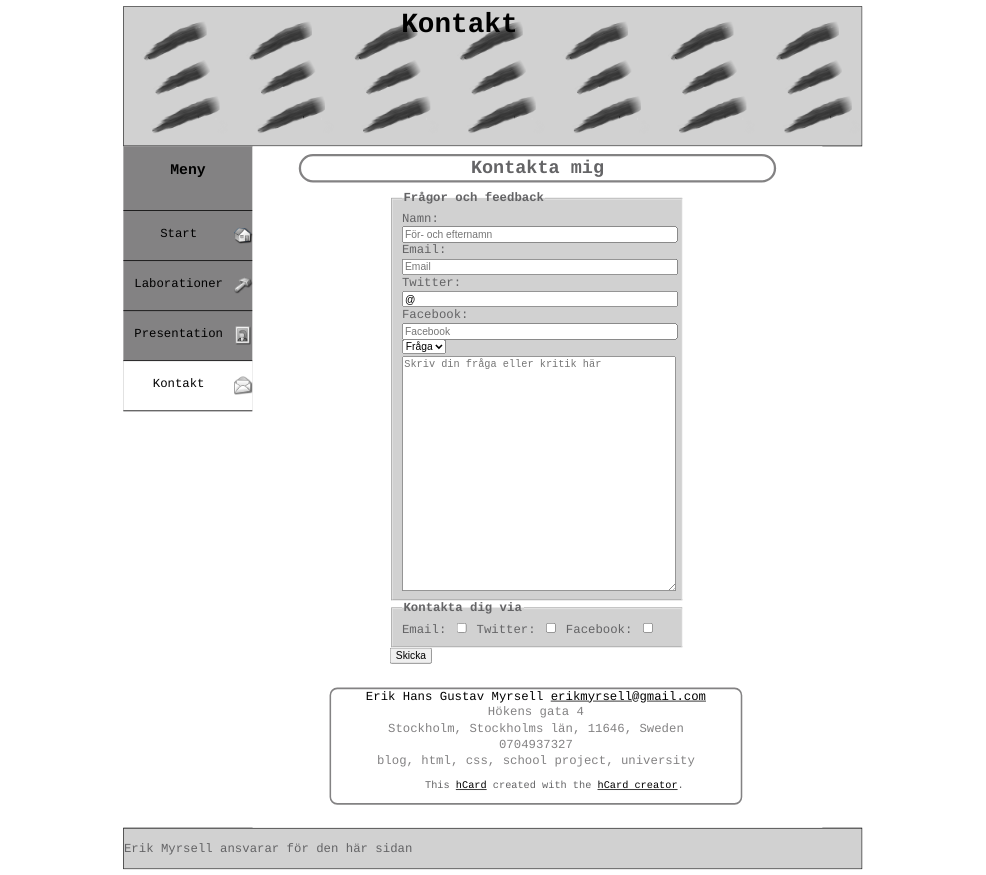
Repository: em222mt/1IK415_em222mt
Page: pages/kontakt.html
The author's editor kept a record of every edit. The page is drawn from the files as they stood at one moment, then again after the next edit.
The browser window is 1280 px wide. The pictures show the whole page, at 77% of full size.

Above is the page before.

### pages/kontakt.html
<!doctype html>
<html lang="sv">

<head>
    <meta charset="utf-8">
    <meta name="viewport" content="width=device-width, initial scale=1.0">

    <title>Kontakt</title>

    <link rel="stylesheet" media="only screen and (min-width: 482px)" href="../css/basic.css">
    <link rel="stylesheet" media="print" href="../css/print.css">
    <link rel="stylesheet" media="only screen and (max-width: 481px)" href="../css/sscreen.css">

    <link rel="shortcut icon" href="../pics/favicon.png" type="png">
    <link rel="apple-touch-icon" href="../pics/apple-touch-icon-small.png">
    <link rel="apple-touch-icon" sizes="114x114" href="../pics/apple-touch-icon-big.png">

        <script>
        document.createElement("header");
        document.createElement("hgroup");
        document.createElement("footer");
        document.createElement("article");
        document.createElement("main");
        document.createElement("section");
        document.createElement("nav");
        document.createElement("aside");
        document.createElement("address");
    </script>
</head>

    <body>
        <div id="container">

            <header>
                <h1 class="headertitle">Kontakt</h1>
            </header>

            <nav>

                <ul>
                    <li><h3>Meny</h3></li>
                    <li><a href="../index.html">Start</a><a id="home-icon" href="../index.html"></a></li>
                    <li><a href="laborationer.html">Laborationer</a><a id="work-icon" href="laborationer.html"></a></li>
                    <li><a href="presentation.html">Presentation</a><a id="bio-icon" href="presentation.html"></a></li>
                    <li class="active"><a href="kontakt.html">Kontakt</a><a id="contact-icon" href="kontakt.html"></a></li>
                </ul>

            </nav>

            <main>

            <header class="pageheader">
                <h2>Kontakta mig</h2>
            </header>

            <!-- Formulär börjar här -->

            <article id="formcontainer">

                <header>
                    <h4 id="formtitle">Formulär</h4>
                </header>

                <form id="form" action="http://voyager.lnu.se/tekinet/kurser/dtt/wp_webbintro/form.php" method="post">
                    <fieldset>
                        <legend class="formframe">Frågor och feedback</legend>

                            <label class="formunit" for="namn">Namn:</label>
                            <input class="formunit" placeholder="För- och efternamn" type="text" name="namn" id="namn" />

                            <label class="formunit" for="email">Email:</label>
                            <input class="formunit" placeholder="Email" type="email" name="email" id="email" />

                            <!--kan jag ha value OCH en placeholder här?-->

                            <label class="formunit" for="twitter">Twitter:</label>
                            <input class="formunit" value="@" type="text" name="twitter" id="twitter" />

                            <label class="formunit" for="facebook">Facebook:</label>
                            <input class="formunit" placeholder="Facebook" type="text" name="facebook" id="facebook" />


                            <select name="fråga eller feedback">
                                <option value="Fråga" selected> Fråga </option>
                                <option value="Ris"> Ris </option>
                                <option value="Ros"> Ros </option>
                            </select>


                            <textarea class="formunit" id="formtext" for="textarea" cols="20" rows="20" placeholder="Skriv din fråga eller kritik här"></textarea>

                   </fieldset>

                   <fieldset>
                       <legend class="formframe">Kontakta dig via</legend>

                            <label for="recepientemail">Email:</label>
                            <input type="checkbox" name="recepientemail" id="recepientemail" />
                            <label for="recepienttwitter">Twitter:</label>
                            <input type="checkbox" name="recepienttwitter" id="recepienttwitter" />
                            <label for="recepientfacebook">Facebook:</label>
                            <input type="checkbox" name="recepientfacebook" id="recepientfacebook" />

                    </fieldset>

                    <input id="formsubmit" type="submit" value="Skicka" />

                </form>

            </article>

            <div id="hcard-Erik-Hans-Gustav-Myrsell" class="vcard">

                <a class="url fn n" href="https://1ik415_em222mt-c9-em222mt.c9.io/index.html">

                    <span class="given-name">Erik</span>
                    <span class="additional-name">Hans Gustav</span>
                    <span class="family-name">Myrsell</span>
                </a>
                <a class="email" href="mailto:erikmyrsell@gmail.com">erikmyrsell@gmail.com</a>
                    <div class="adr">
                        <div class="street-address">Hökens gata 4</div>
                            <span class="locality">Stockholm</span>,
                            <span class="region">Stockholms län</span>,
                            <span class="postal-code">11646</span>,
                            <span class="country-name">Sweden</span>

                    </div>

                    <div class="tel">0704937327</div>
                    <div>
                        <span class="category">blog</span>,
                        <span class="category">html</span>,
                        <span class="category">css</span>,
                        <span class="category">school project</span>,
                        <span class="category">university</span>

                    </div>

                    <p style="font-size:smaller;">This <a href="http://microformats.org/wiki/hcard">hCard</a> created with the <a href="http://microformats.org/code/hcard/creator">hCard creator</a>.</p>
            </div>

            </main>

            <footer id="footer">
                <p>Erik Myrsell ansvarar för den här sidan</p>
            </footer>

        </div>

    </body>
</html>

### css/basic.css
/*
Background main: #FFFFFF
Background aside: #838283
Background header/footer: #D1D1D1
text-color: #646466
*/

/*Layout*/

article, aside, details, figcaption, figure,
footer, header, hgroup, main, menu, nav,
section{
    display: block;
}

a:link 	    { color: black; }
a:visited 	{ color: gray; }
a:focus 	{ color: #838283; }
a:hover	    { color: #6495ED; background-color: white;}
a:active 	{ color: #FFFFFF; }

/*Container*/

#container {
    max-width: 960px;
    overflow: auto;
    margin: 0 auto;
}

/*----------------------------------------*/

/*Header*/

header h1 {
    border-style: solid;
    border-width: 1px;
    width: 958px;
    background-color: #D1D1D1;
    background-image: url(../pics/Logo5.png);
    background-repeat: round;
    background-position: left;
    text-indent: 300px;
    height: 180px;
}

header h2 {
    margin: 0 auto;
    border: 3px solid #838283;
    border-top-right-radius: 30px;
    border-top-left-radius: 30px;
    border-bottom-right-radius: 30px;
    border-bottom-left-radius: 30px;
}

.pageheader {
    margin: 10px 10px 10px 10px;
    text-align: center;
}

/*----------------------------------------*/

/*Navigation*/

nav {
    float: left;
    color: #646466;
    background-color: #838283;
    width: 168px;
}

nav li{
    border-bottom: 1px solid black;
    height: 64px;
}

nav a{
    float: left;
}

nav ul {
    list-style-type: none;
    margin: 0;
    padding: 0;
}

#container > nav > ul > li:nth-child(1) > h3{
    color: black;
    font-weight: bold;
    font-size: 1.2em;
    text-align: center;
}

nav a:nth-child(2) {
    float: left;
    background-image: url(pics/sprite.png);
    display: block;
    width: 24px;
    height: 24px;
    position: relative;
    top: 20px;
}

#home-icon          { background-position: 0 -48px;}
#home-icon:hover    { background-position: 0 0;}

#work-icon          { background-position: 0 -144px; }
#work-icon:hover    { background-position: 0 -96px; }

#bio-icon           { background-position: 0 -240px;}
#bio-icon:hover     { background-position: 0 -192px;}

#contact-icon       { background-position: 0 -336px;}
#contact-icon:hover { background-position: 0 -288px;}


nav a:nth-child(1){
    display: block;
    width: 144px;
    height: 43px;
    padding-top: 20px;
    text-align: center;
    color: black;
    text-decoration: none;

}

nav li:hover:nth-child(n+2) { color: #6495ED; background-color: white;}

li.active {
    background-color: white;
}

/*----------------------------------------*/

/*Content*/

main {
    float: left;
    max-width: 788px;
    background-color: #FFFFFF;
    padding-right: 50px;
    padding-left: 50px;
}

main, p {
    color: #646466;
    font-family: courier , serif;
    line-height: 130%;
    width: 640px;
}

.entry a {
    text-decoration: none;
    color: #838283;
    margin-left: 30px;
    border: 1px solid #838283;
    border-top-right-radius: 10px;
    border-top-left-radius: 10px;
    border-bottom-right-radius: 10px;
    border-bottom-left-radius: 10px;
}

.entryfooter {
    font-style: italic;
    border: none;
    background-color: white;

}

.blog {
    border-bottom: 2px solid #838283;
}
.comments {
    background-color: #F9F7FF;

}

h4 {
    font-weight: bold;
}

.commentfooter {
    font-style: italic;
}

/*----------------------------------------*/

/*Footer*/

#footer {
    border-style: solid;
    border-width: 1px;
    clear: both;
    max-width: 958px;
    background-color: #D1D1D1;
}

/*----------------------------------------*/

/*Presentation*/

#biopic{
    float: right;
    width: 50%;
    height: 50%;
    margin-left: 10px;
    margin-bottom: 10px;
}

/*----------------------------------------*/

/*Storleksanpassat bild i inlägg 2*/
#gubbe {
    max-width: 450px;
}

/*fonts*/
h1, h2, h3, ul, ol, li, form, a {
    color: #646466;
    font-family: courier , serif;
    line-height: 130%;
}

/*----------------------------------------*/

/*Tabell på laboration.html*/

main table tr td {
    width: 40%;
    border: 2px solid #838283;
    text-align: center;
    border-top-right-radius: 5px;
    border-bottom-right-radius: 5px;

}

#table th {
    border: 2px solid #838283;
    font-size: 1.03em;
    border-top-right-radius: 5px;
    border-bottom-right-radius: 5px;
}

tfoot {
    font-size: 1.03em;
}

/*----------------------------------------*/

/*Anpassat headerns text*/

.headertitle {
    margin: 0 auto;
    text-indent: 360px;
    color: black;
    font-size: 2.25em;
}

/*----------------------------------------*/

/*Lagt till en bild vid blogginläggen*/

.entry {
    background-image: url(../pics/post.png);
    background-repeat: no-repeat;
    background-position: top left;
    text-indent: 35px;
}
.entrypic {
    float: right;
    width: 35%;
}

/*----------------------------------------*/

/*Formulär och hcard*/

#form fieldset {
    width: 350px;
    background-color: #D1D1D1;
}

.formframe {
    font-weight: bold;
}

.formunit {
    float: left;
    width: 100%;
}

#formtitle {
    display: none;
}

#formcontainer {
    margin-left: 20%;
}

.vcard {
    max-width: 80%;
    color: #838283;
    margin-left: 50px;
    margin-top: 30px;
    margin-bottom: 30px;
    border: 2px solid #838283;
    border-top-right-radius: 10px;
    border-top-left-radius: 10px;
    border-bottom-right-radius: 10px;
    border-bottom-left-radius: 10px;
    padding-left: 10px;
    padding-right: 10px;
    text-align: center;
    float: left;

}

#hcard-Erik-Hans-Gustav-Myrsell > img {

    max-width: 96%;
    margin: 10px 10px 10px 10px;
    padding-bottom: 10px;
    border-bottom: 2px solid #838283;
}

#hcard-Erik-Hans-Gustav-Myrsell > a.url.fn.n {
    text-decoration: none;
}

#hcard-Erik-Hans-Gustav-Myrsell > p {
    position: relative;
    right: 40px;

}
/*------------------------------------*/

### css/print.css
/*
Background main: #FFFFFF
Background aside: #838283
Background header/footer: #D1D1D1
text-color: #646466
*/

/*Layout*/

a:link 	    { color: black; }
a:visited 	{ color: gray; }
a:focus 	{ color: #838283; }
a:hover	    { color: #6495ED; }
a:active 	{ color: #FFFFFF; }

/*Tryck ihop text för utskrift och ändra färgr*/

@media print {
    a, h1, h2, h3, p, table {
        color: #000000;
        background-color: #ffffff;
        max-width: 500px;
    }
}

@media print {
    ul, ol, dl, li {
        color: #000000;
        background-color: #ffffff;
        max-width: 400px;
    }
}
/*--------------------------------------*/

/*Content*/
@media print {
    #content {
        color: #000000;
        background-color: #ffffff;
        /*display: none;*/
        border: none;
        max-width: 960px;
    }
}
/*--------------------------------------*/

/*Dölj bilder och annan media*/

@media print {
    #gubbe {
        display: none;
    }
}

@media print {
#blogg > div:nth-child(2) > img {
    display: none;
}
}

@media print {
.video {
    display: none;
}
}

@media print {
#bild {
    display: none;
}
}
/*--------------------------------------*/

@media print{
       a:after{content:" (" attr(href) ") ";

       }
}
/*Navigation*/

@media print {
#navigation {
    display: none;
    border: none;
    color: #ffffff;
    background-color: #ffffff;
    }
}
/*--------------------------------------*/

/*header*/

@media print {
    #header {
        color: #ffffff;
        background-color: #ffffff;
        display: none;
        border: none;
        border-style: none;
    }
}
/*--------------------------------------*/

/*header*/
@media print {
    #footer {
        color: #000000;
        background-color: #ffffff;
        display: none;
        border: none;
        border-style: none;
    }
}
/*--------------------------------------*/

### css/sscreen.css
/*Layout*/

article, aside, details, figcaption, figure,
footer, header, hgroup, main, menu, nav,
section{
    display: block;
}

a:link 	    { color: black; }
a:visited 	{ color: gray; }
a:focus 	{ color: #838283; }
a:hover	    { color: #6495ED; background-color: white;}
a:active 	{ color: #FFFFFF; }

/*----------------------------------------*/

/*Fonts*/
h1, ul, ol, form, a, p {
    color: #646466;
    font-family: courier , serif;
    line-height: 130%;
    font-size: 0.9em;
}

h2, h3, li {
    color: #646466;
    font-family: courier , serif;
    line-height: 130%;
}

h2 {
    text-align: center;
}


/*Container*/

#container {
    width: auto;
}

/*----------------------------------------*/

/*Header*/

header h1 {
    border-style: solid;
    border-width: 1px;
    max-width: 100%;
    background-color: #D1D1D1;
    background-image: url(../pics/Logo5.png);
    background-repeat: repeat;
    background-position: left;
    text-align: center;
}

header h2 {
    margin: 0 auto;
    border: 3px solid #838283;
    border-top-right-radius: 30px;
    border-top-left-radius: 30px;
    border-bottom-right-radius: 30px;
    border-bottom-left-radius: 30px;
}

#bloggheader {
    margin: 10px 10px 10px 10px;
    text-align: center;
}



/*Content*/

main {
        width: auto;
        float: none;
        text-align: left;
        padding: 0 0 0 0;
        margin: 0 0 0 0;
}

main > ol:nth-child(7) > li:nth-child(4) > ol > li{

    word-break: break-all;
}

.entry a {
    text-decoration: none;
    color: #838283;
    margin-left: 30px;
    border: 1px solid #838283;
    border-top-right-radius: 10px;
    border-top-left-radius: 10px;
    border-bottom-right-radius: 10px;
    border-bottom-left-radius: 10px;
}

.entryfooter {
    font-style: italic;
    border: none;
    background-color: white;

}

.blog {
    border-bottom: 2px solid #838283;
}

.comments {
    background-color: #F9F7FF;
}

h4 {
    font-weight: bold;
}

.commentfooter {
    font-style: italic;
}


/*----------------------------------------*/


/*Navigation*/

nav {
        width: auto;
}

nav{
    color: #646466;
    background-color: #838283;
    max-width: 100%;
}

nav li{
    border-bottom: 1px solid black;
    height: 64px;
    font-size: 1.1em;
}

nav a{
    float: left;
}

nav ul {
    list-style-type: none;
    margin: 0;
    padding: 0;
}

#container > nav > ul > li:nth-child(1) > h3{
    color: black;
    font-weight: bold;
    font-size: 1.2em;
    text-align: center;
}

nav a:nth-child(2) {
    float: left;
    background-image: url(pics/sprite.png);
    display: block;
    width: 24px;
    height: 24px;
    position: relative;
    top: 20px;
}

#home-icon          { background-position: 0 -48px;}
#home-icon:hover    { background-position: 0 0;}

#work-icon          { background-position: 0 -144px; }
#work-icon:hover    { background-position: 0 -96px; }

#bio-icon           { background-position: 0 -240px;}
#bio-icon:hover     { background-position: 0 -192px;}

#contact-icon       { background-position: 0 -336px;}
#contact-icon:hover { background-position: 0 -288px;}


nav a:nth-child(1){
    float: right;
    display: block;
    width: 270px;
    height: 43px;
    padding-top: 20px;
    text-indent: 10px;
    color: black;
    text-decoration: none;
}

nav li:hover:nth-child(n+2) { color: #6495ED; background-color: white;}



li.active {
    background-color: white;
}

/*----------------------------------------*/


/*Bilder*/

img {
    max-width: 100%;
}

/*----------------------------------------*/


.entry {
    background-image: url(../pics/post.png);
    background-repeat: no-repeat;
    background-position: top left;
    text-indent: 35px;
}

.headertitle {
    margin: 0 auto;
    color: black;
    font-size: 2.25em;
}

h3 {
    text-align: center;
}

/*----------------------------------------*/

/*Footer*/

#footer {
    border-style: solid;
    border-width: 1px;
    clear: both;
    background-color: #D1D1D1;

}
/*----------------------------------------*/

/*Formulär*/

#form fieldset {
    max-width: 100%;
    background-color: #D1D1D1;
}

.formframe {
    font-weight: bold;
}

.formunit {
    float: left;
    width: 100%;
}

#recepientemail
{
    width: 70%;
}

#recepienttwitter
{
    width: 60%;
}

#recepientfacebook
{
    width: 50%;
}

#formsubmit
{
    margin-top: 15px;
    margin-bottom: 15px;
    alignment-adjust: middle;
}

#form input {
    max-width: 95%;
}

#formtitle {
    display: none;
}
/*----------------------------------------*/

/*Tabell på laboration.html*/

main table tr td {
    width: 40%;
    border: 2px solid #838283;
    text-align: center;
    border-top-right-radius: 5px;
    border-bottom-right-radius: 5px;

}

#table th {
    border: 2px solid #838283;
    font-size: 1.03em;
    border-top-right-radius: 5px;
    border-bottom-right-radius: 5px;
}

tfoot {
    font-size: 1.03em;
}

After the next edit:
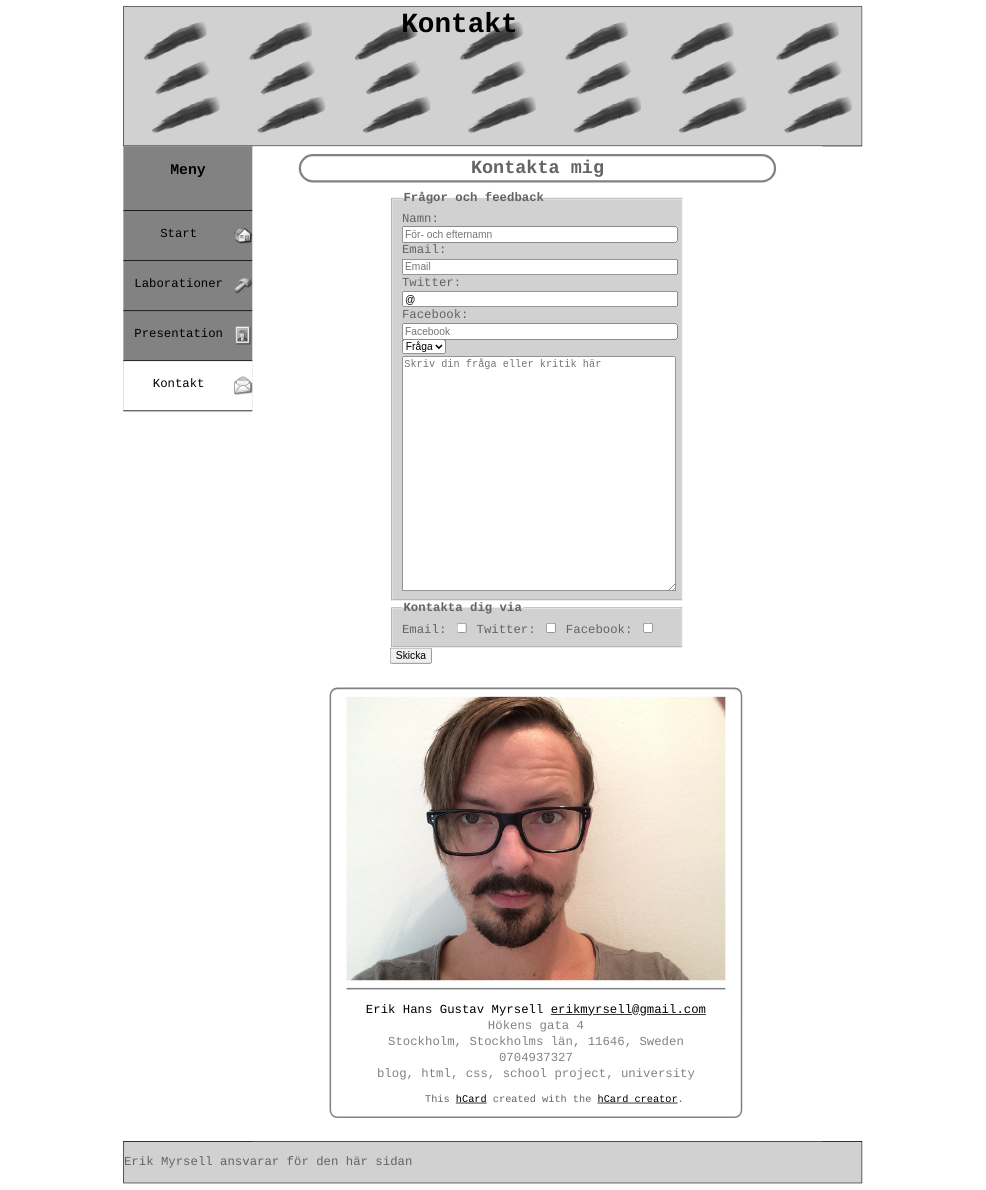
The edit:
--- a/pages/kontakt.html
+++ b/pages/kontakt.html
@@ -110,9 +110,8 @@
             </article>
 
             <div id="hcard-Erik-Hans-Gustav-Myrsell" class="vcard">
-
+                <img src="../pics/erik.jpg" alt="photo of me" class="photo"/>
                 <a class="url fn n" href="https://1ik415_em222mt-c9-em222mt.c9.io/index.html">
-
                     <span class="given-name">Erik</span>
                     <span class="additional-name">Hans Gustav</span>
                     <span class="family-name">Myrsell</span>
